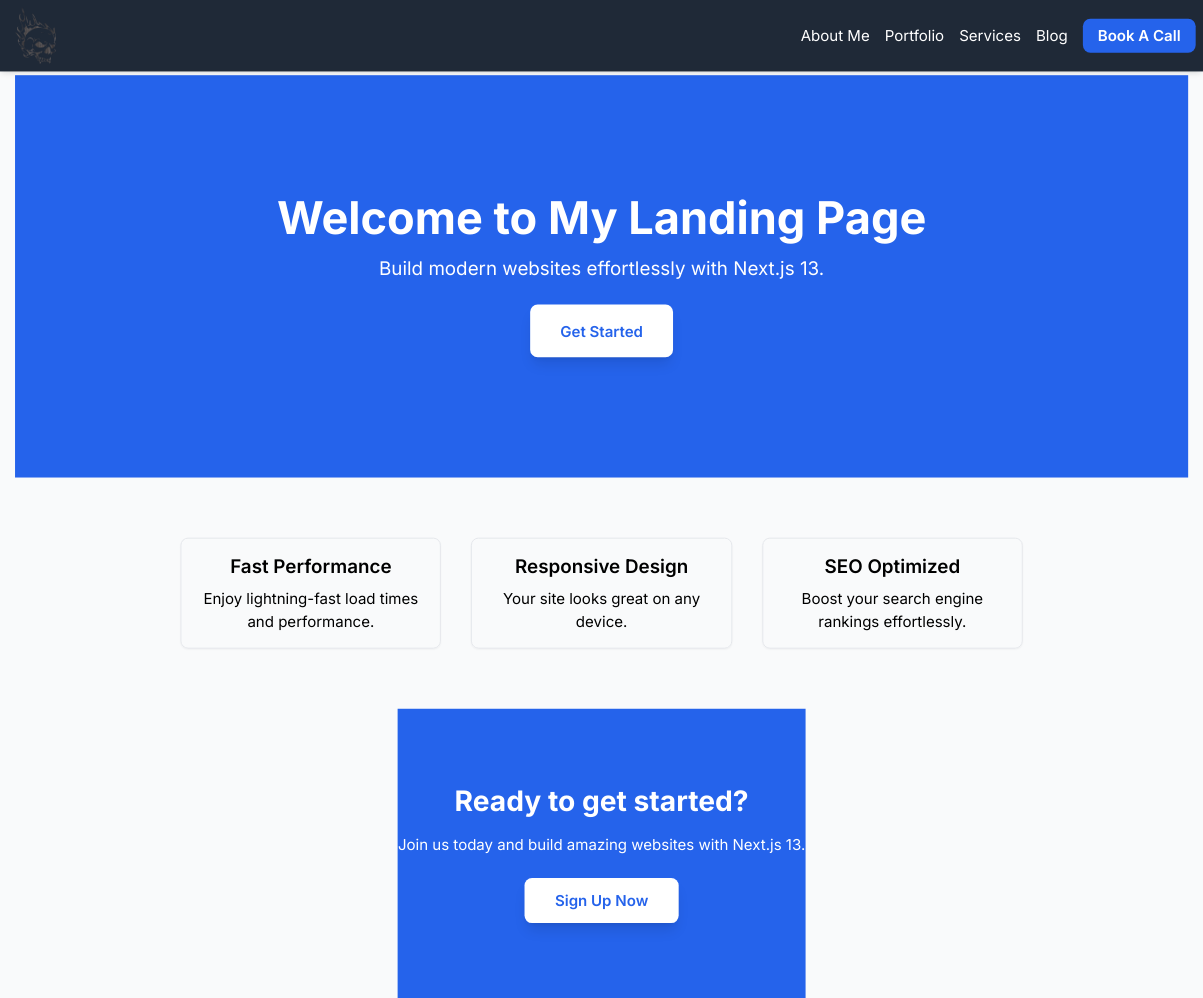
Repository: TheSecretlifeOfX/landing1
Page: /
The author's editor kept a copy of each file at every save. The page is drawn from the files as they stood at one save, then again after the next save.
The browser window is 1280 px wide. The pictures show the whole page, at 94% of full size.
The project was rebuilt for these pictures with package versions that can differ from the ones it lists, and the page was loaded fresh each time. The framework's server and built-in components were replaced by stand-ins that run in the browser. Also part of the build but not shown: next.config.js.

Above is the page before, as saved 2024-11-14 13:04:31.

### app/layout.tsx
import Link from 'next/link'
import './globals.css'
import type { Metadata } from 'next'
import { Inter } from 'next/font/google'

import Navbar from "@/app/components/Navbar";


const inter = Inter({ subsets: ['latin'] })

export const metadata: Metadata = {
  title: 'Create Next App',
  description: 'Generated by create next app',
}

export default function RootLayout({
  children,
}: {
  children: React.ReactNode
}) {
  return (
    <html lang="en">
      <body className={inter.className}>
      <nav>
        <Navbar />
      </nav>
      {children}</body>
    </html>
  )
}

### app/page.tsx
import HeroSection from "@/app/components/HeroSection";
import FeaturesSection from "@/app/components/FeaturesSection";
import CallToAction from "@/app/components/CallToAction";

// app/page.tsx
export default function Home() {
  return (
    <main className="flex flex-col items-center justify-center min-h-screen px-4 bg-gray-50">
      <HeroSection />
      <FeaturesSection />
      <CallToAction />
    </main>
  );
}

### app/components/Navbar.tsx
// src/components/Navbar.tsx
import React from "react";
import Link from "next/link";
import Image from "next/image";

export default function Navbar() {
  return (
    <nav className="fixed top-0 left-0 w-full bg-gray-800 p-2 text-white shadow-md z-50">
      <div className="container mx-auto flex items-center">
        {/* Logo Section on the Left */}
        <div className="flex items-center">
          <Link href="/">
            <Image
              src="/Images/Logo.png"
              alt="MyBrand Logo"
              width={60}
              height={60}
              className="cursor-pointer"
              priority
            />
          </Link>
        </div>

        {/* Navigation Links Centered */}
        <ul className="flex ml-auto space-x-4">
          <li>
            <a href="#hero" className="hover:text-gray-400">
              About Me
            </a>
          </li>
          <li>
            <a href="#features" className="hover:text-gray-400">
              Portfolio
            </a>
          </li>
          <li>
            <a href="#" className="hover:text-gray-400">
              Services
            </a>
          </li>
          <li>
            <a href="#" className="hover:text-gray-400">
              Blog
            </a>
          </li>
        </ul>

        {/* "Book A Call" Button on the Right */}
        <ul className="flex items-center ml-4">
          <li>
            <a
              href="#contact"
              className="px-4 py-2 bg-blue-600 text-white font-semibold rounded-lg hover:bg-blue-700 transition duration-300"
            >
              Book A Call
            </a>
          </li>
        </ul>
      </div>
    </nav>
  );
}

### app/components/HeroSection.tsx
// components/HeroSection.tsx
export default function HeroSection() {
  return (
    <section
      id="hero"
      className="w-full py-32 bg-blue-600 text-white flex flex-col items-center justify-center mt-20"
    >
      <h1 className="text-5xl font-bold mb-4">Welcome to My Landing Page</h1>
      <p className="text-xl mb-6 max-w-3xl text-center">
        Build modern websites effortlessly with Next.js 13.
      </p>
      <button className="px-8 py-4 bg-white text-blue-600 font-semibold rounded-lg shadow-lg hover:bg-gray-100 transition duration-300">
        Get Started
      </button>
    </section>
  );
}

### app/components/FeaturesSection.tsx
// components/FeaturesSection.tsx
export default function FeaturesSection() {
    return (
      <section id="features" className="py-16">
        <div className="max-w-4xl mx-auto grid grid-cols-1 md:grid-cols-3 gap-8">
          <Feature
            title="Fast Performance"
            description="Enjoy lightning-fast load times and performance."
          />
          <Feature
            title="Responsive Design"
            description="Your site looks great on any device."
          />
          <Feature
            title="SEO Optimized"
            description="Boost your search engine rankings effortlessly."
          />
        </div>
      </section>
    );
  }

  function Feature({ title, description }: { title: string; description: string }) {
    return (
      <div className="text-center p-4 border rounded-lg shadow-sm">
        <h3 className="text-xl font-semibold mb-2">{title}</h3>
        <p>{description}</p>
      </div>
    );
  }

### app/components/CallToAction.tsx
// components/CallToAction.tsx
export default function CallToAction() {
    return (
      <section id="contact" className="py-20 text-center bg-blue-600 text-white">
        <h2 className="text-3xl font-bold mb-4">Ready to get started?</h2>
        <p className="mb-6">Join us today and build amazing websites with Next.js 13.</p>
        <button className="px-8 py-3 bg-white text-blue-600 font-semibold rounded-lg shadow-lg hover:bg-gray-100">
          Sign Up Now
        </button>
      </section>
    );
  }

Loaded but not shown: app/globals.css (common file); tailwind.config.js (common file)

After the next save:
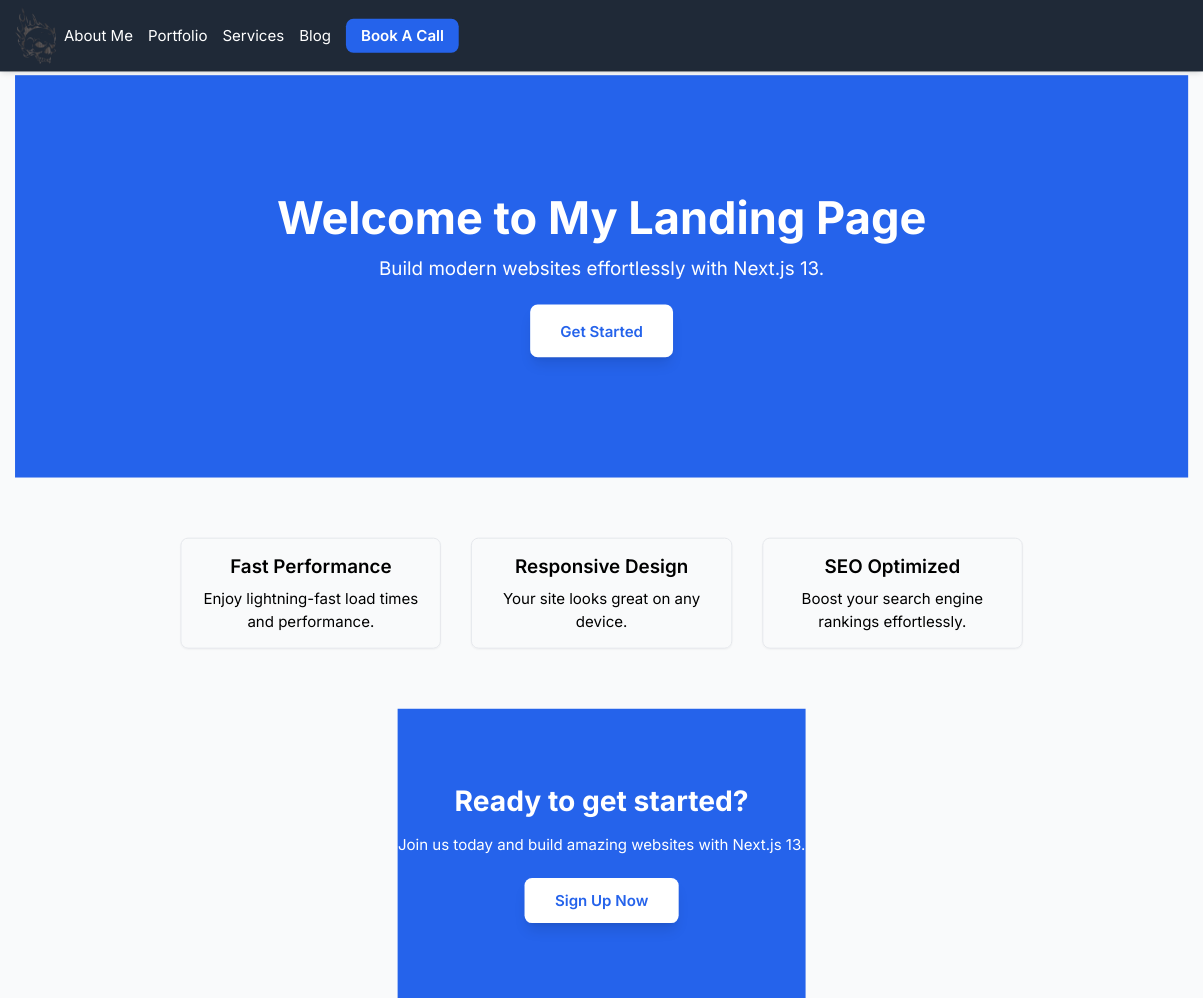
Saved 88 s later.
--- a/app/components/Navbar.tsx
+++ b/app/components/Navbar.tsx
@@ -22,7 +22,7 @@ export default function Navbar() {
         </div>
 
         {/* Navigation Links Centered */}
-        <ul className="flex ml-auto space-x-4">
+        <ul className="flex space-x-4">
           <li>
             <a href="#hero" className="hover:text-gray-400">
               About Me
